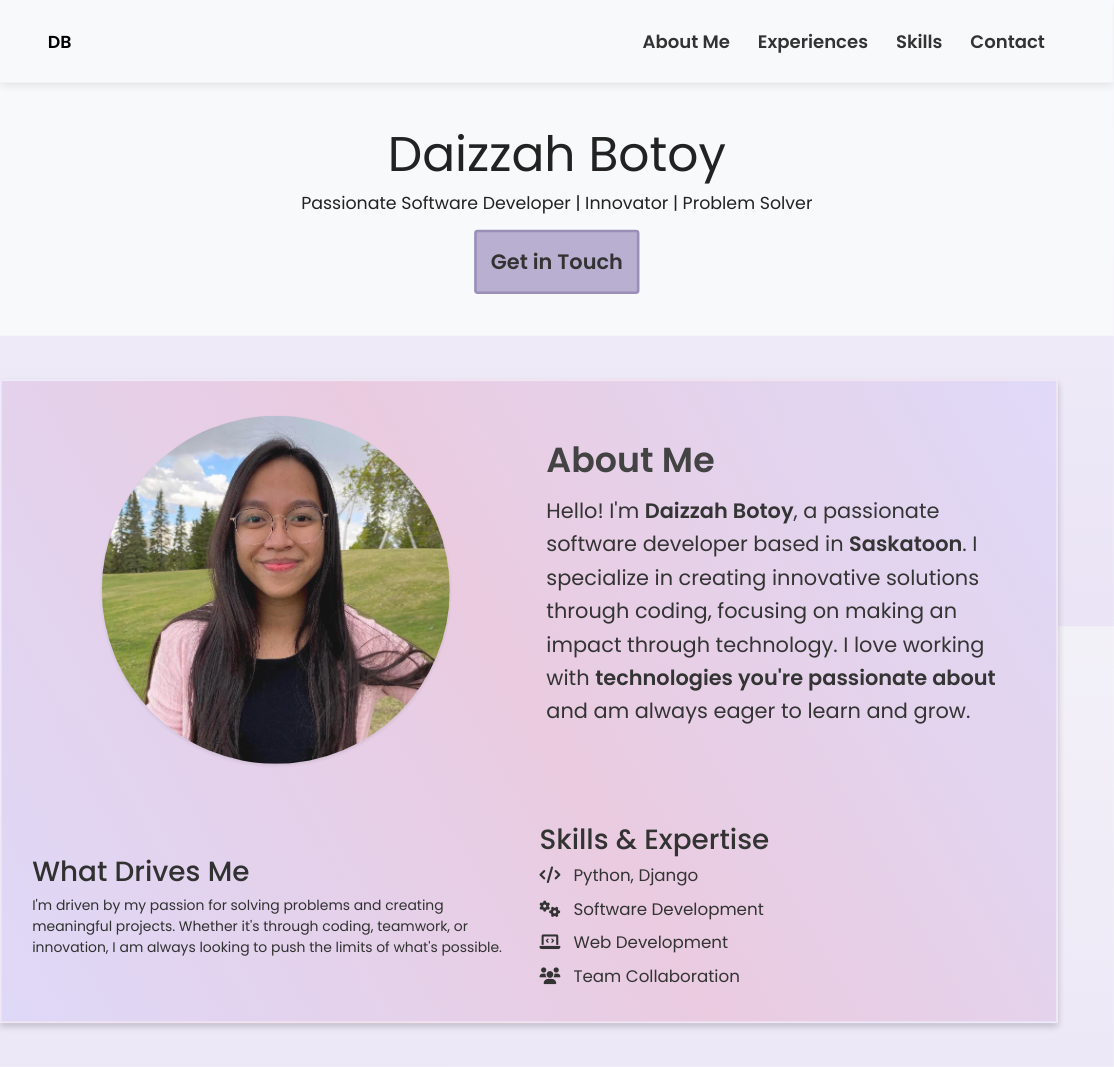
Repository: daizzah/daizzah-portfolio
Page: aboutme.html
These files come from the project's save history. The page is drawn as it stood at one moment and after the next save; the edit follows.
The browser window is 1280 px wide. The pictures show the whole page, at 87% of full size.
Backgrounds fixed to the window are drawn as part of the page.

Above is the page before, as saved 2025-03-30 21:54:54.

After the next save:
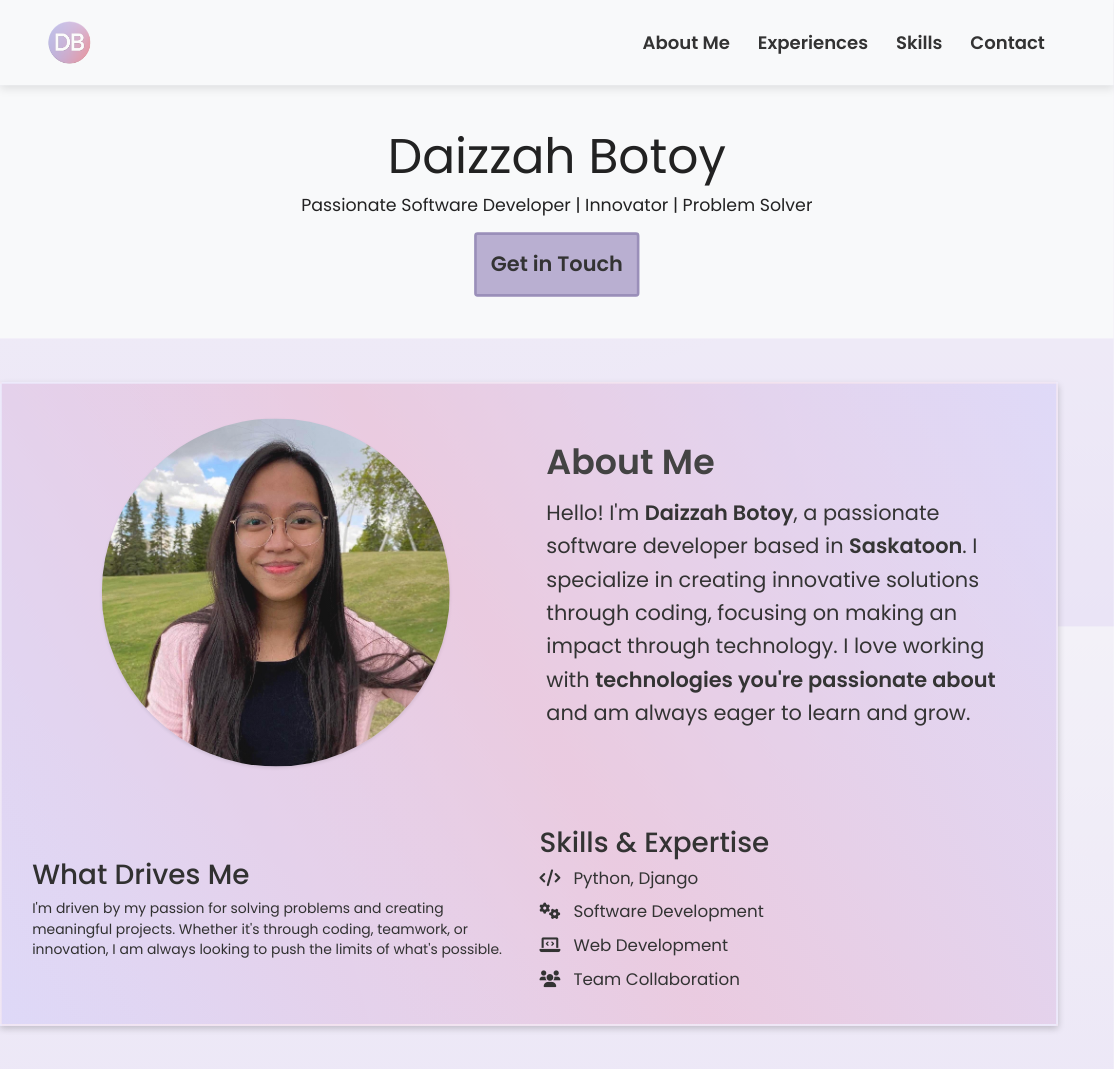
Saved 27 s later.
--- a/aboutme.html
+++ b/aboutme.html
@@ -12,7 +12,9 @@
     <body>
         <nav class="navbar navbar-expand-lg navbar-light bg-light sticky-top">
             <div class="container">
-                <a class="navbar-brand" href="#">DB</a>
+                <a class="navbar-brand" href="#">
+                    <img src="assets/db_icon.png" alt="DB Logo" style="height: 50px; width: 50px; border-radius: 50%; object-fit: cover; box-shadow: none; background: none;">
+                  </a>
                 <button
                     class="navbar-toggler"
                     type="button"
